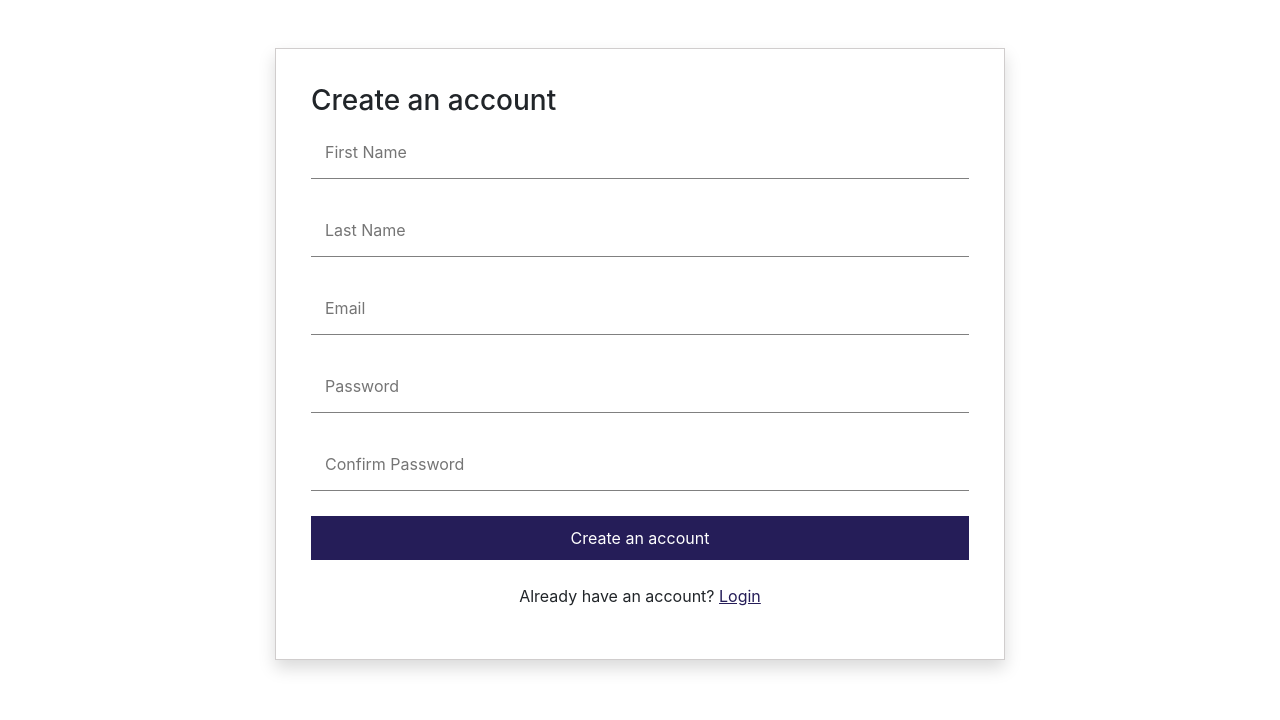
Repository: arif286/home-decoration-client-site
Page: /login
An editor plug-in stored every save of this project. The page is shown before and after the next save, followed by the edit.
The browser window is 1280 px wide. The pictures show the whole page.
The project was rebuilt for these pictures with package versions that can differ from the ones it lists, and the page was loaded fresh each time. Also part of the build but not shown: src/components/HomePage/AboutUs/AboutUs.css, src/components/HomePage/NavBar/NavBar.css, src/components/HomePage/NavBar/NavBar.js, src/components/HomePage/Header/Header.css, src/components/HomePage/Header/Header.js, src/components/HomePage/Project/Project.js, src/components/HomePage/ServiceCard/ServiceCard.js, src/components/HomePage/Service/Service.js and 4 more.

Above is the page before, as saved 2021-04-15 05:25:26.

After the next save:
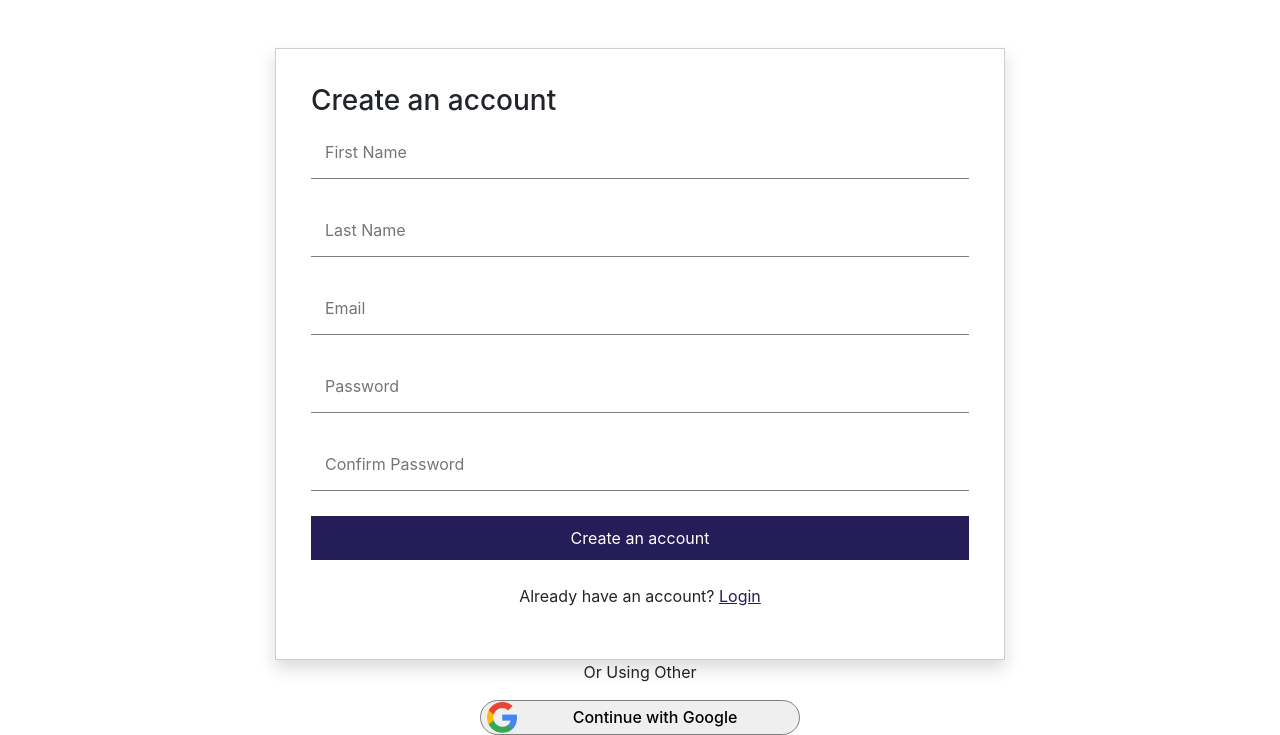
Saved 47 s later.
--- a/src/components/LoginPage/SignUp/SignUp.js
+++ b/src/components/LoginPage/SignUp/SignUp.js
@@ -1,6 +1,7 @@
 import React, { useRef, useState } from "react";
 import { Col, Container, Row } from "react-bootstrap";
 import { useForm } from "react-hook-form";
+import GoogleLogin from "../GoogleLogin/GoogleLogin";
 import Login from "../Login/Login";
 import "./SignUp.css";
 
@@ -76,7 +77,8 @@ const SignUp = () => {
             <Login setToggle={setToggle} />
           )}
         </Col>
-      </Row>
+          </Row>
+          <GoogleLogin/>
     </Container>
   );
 };
